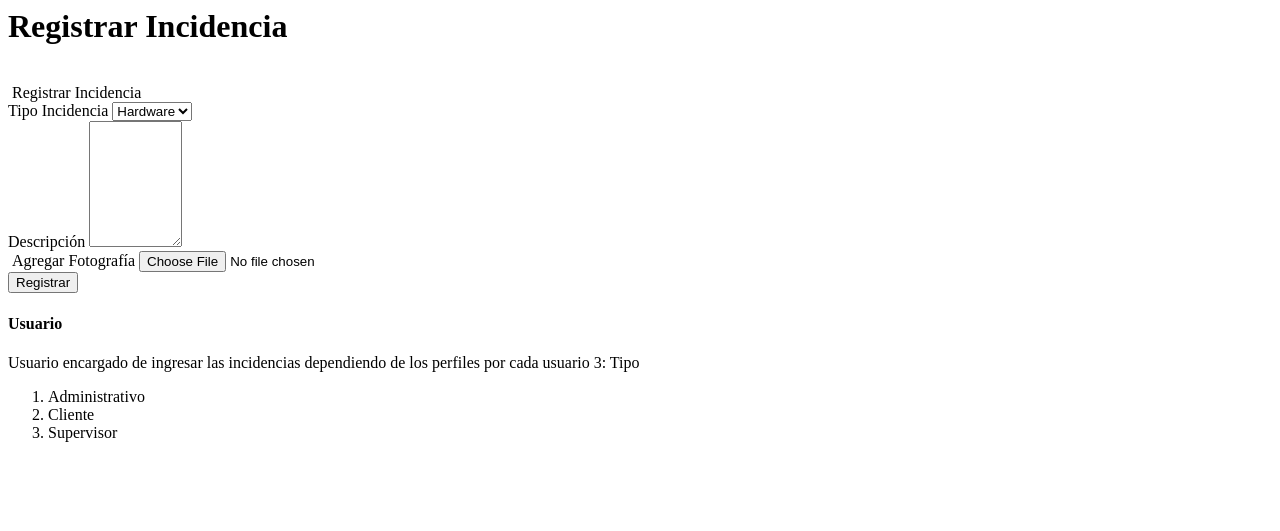
Repository: androla10/ProyectoCibert5to
Page: http://localhost/GDI/Incidencia/RegistrarIncidencia.jsp
The author's editor kept a copy of each file at every save. The page is drawn from the files as they stood at one save, then again after a run of saves.
The browser window is 1280 px wide. The pictures show the whole page.
The page is served by Tomcat 9. Nobody is signed in. The application's start-up code is not run. Other server files are loaded and not shown.

Above is the page before, as saved 2016-05-10 21:59:51.

### GDI/src/main/webapp/Incidencia/RegistrarIncidencia.jsp
<div class="container-fluid">
	<h1 class="text-center">Registrar Incidencia</h1>
	<br>
	<div class="panel-primary">
		<div class="panel-heading">
			<i class="fa fa-user fa-1x"></i>&nbsp;Registrar Incidencia
		</div>
		<div class="panel-body">
			<form action="" id="formRegistroIncidencia">
				<div class="row">
					<div class="col-xs-12 col-sm-12 col-md-6 col-lg-6">
						<div class="form-group">
							<label for="tipoIncidencia">Tipo Incidencia</label> <select
								class="form-control" name="incidencia.TipoIncidencia"
								id="tipoIncidencia">
								<option value="1">Hardware</option>
								<option value="2">Software</option>
							</select>
						</div>
						<div class="form-group">
							<label for="descripcion">Descripción</label>
							<textarea type="text" class="form-control"
								name="usuario.apellido" id="descripcion" rows="8" cols="9"></textarea>
						</div>
						<div class="form-group">
							<label for="archivo"><i class="fa fa-file-image-o fa-1x"></i>&nbsp;Agregar Fotografía</label> <input
								type="file" class="form-control" name="usuario.apellido"
								id="archivo"/>
						</div>
						<button type="submit" class="btn btn-primary">Registrar</button>
					</div>
					<div class="col-xs-12 col-sm-12 col-sm-6 col-lg-6">
						<h4>Usuario</h4>
						<p>Usuario encargado de ingresar las incidencias dependiendo
							de los perfiles por cada usuario 3: Tipo
						<ol>
							<li>Administrativo</li>
							<li>Cliente</li>
							<li>Supervisor</li>
						</ol>
						</p>
					</div>
				</div>
			</form>
		</div>
	</div>
</div>

After the next 4 saves:
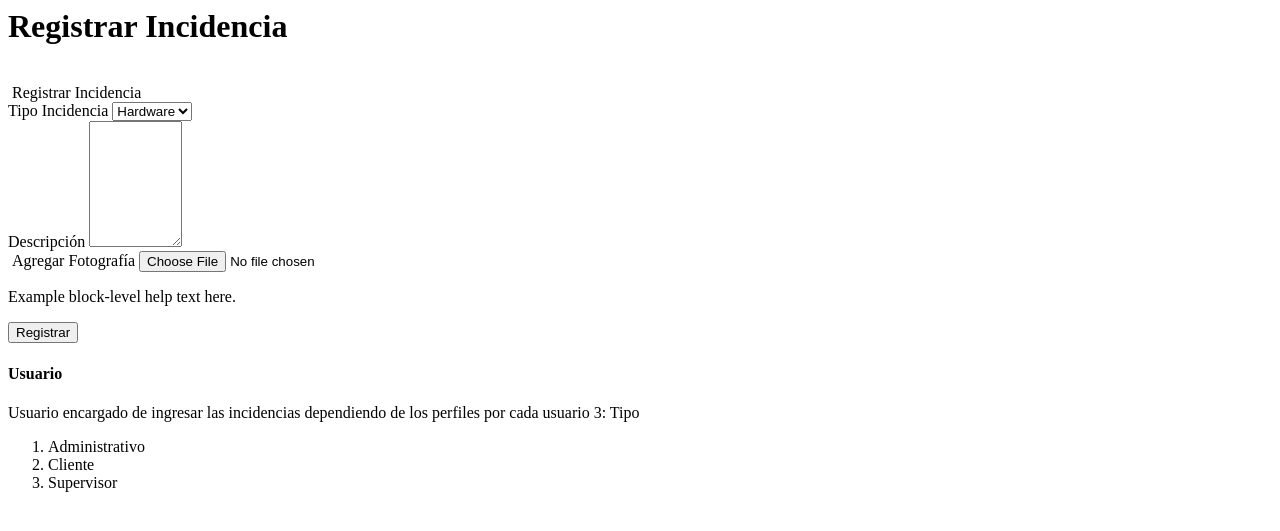
The 4 saves are shown as one change because they came seconds apart.
The last was saved 19 s later.
--- a/GDI/src/main/webapp/Incidencia/RegistrarIncidencia.jsp
+++ b/GDI/src/main/webapp/Incidencia/RegistrarIncidencia.jsp
@@ -23,9 +23,9 @@
 								name="usuario.apellido" id="descripcion" rows="8" cols="9"></textarea>
 						</div>
 						<div class="form-group">
-							<label for="archivo"><i class="fa fa-file-image-o fa-1x"></i>&nbsp;Agregar Fotografía</label> <input
-								type="file" class="form-control" name="usuario.apellido"
-								id="archivo"/>
+							<label for="archivo"><i class="fa fa-file-image-o fa-1x"></i>&nbsp;Agregar Fotografía</label>
+							<input	type="file" class="form-control" name="usuario.apellido" id="archivo "/>
+							<p class="help-block">Example block-level help text here.</p>
 						</div>
 						<button type="submit" class="btn btn-primary">Registrar</button>
 					</div>
